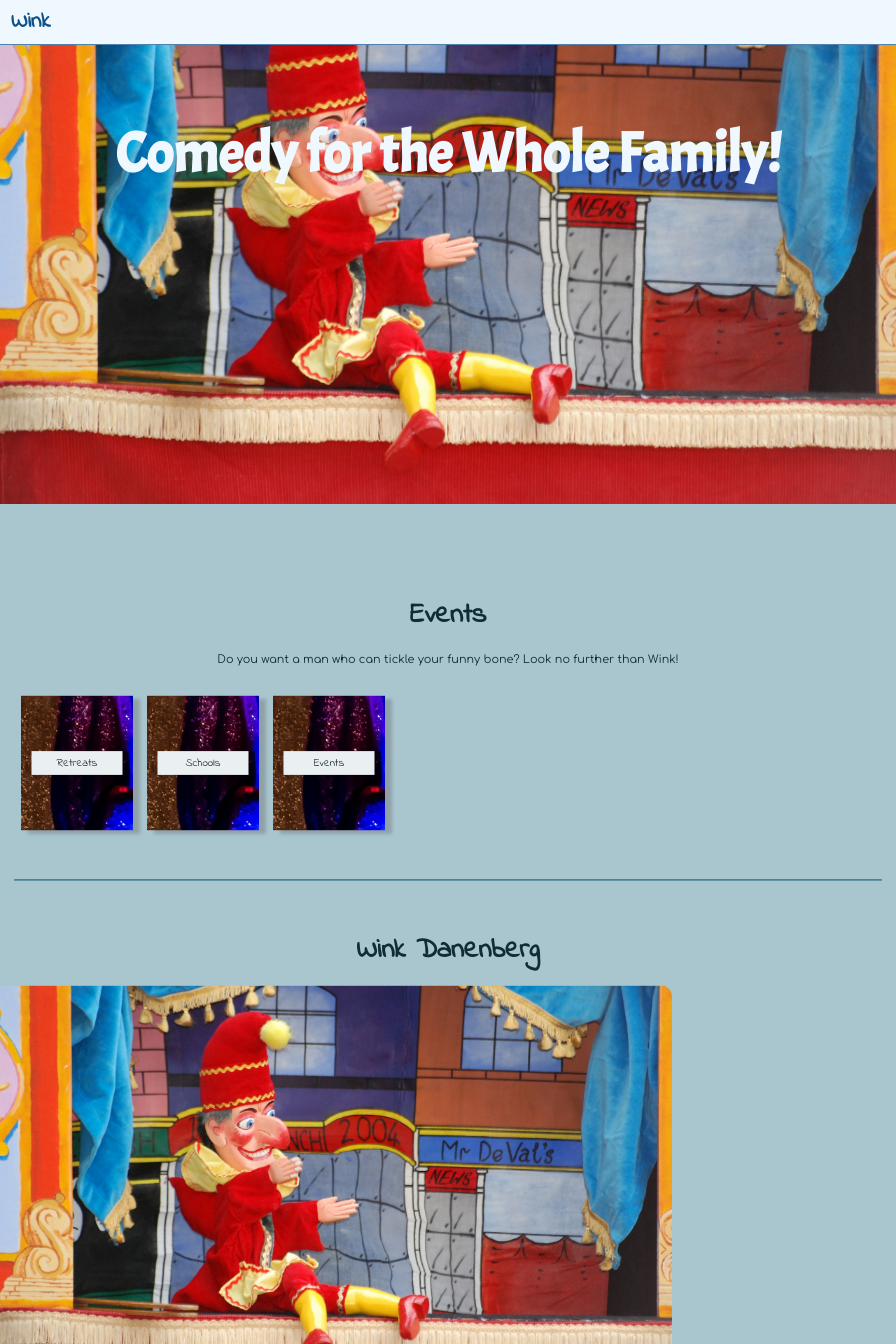
Repository: Sbethm/wink
Page: index.html
An editor plug-in stored every save of this project. The page is shown before and after the next save, followed by the edit.
The browser window is 1280 px wide. The pictures show the part of the page from y = 0 to 1920 px (the page is 5480 px tall), at 70% of full size.
The style sheet was rebuilt from its Sass, Less or Tailwind sources for each picture, by a compiler version that may differ from the author's.

Above is the page before, as saved 2021-08-31 13:21:43.

After the next save:
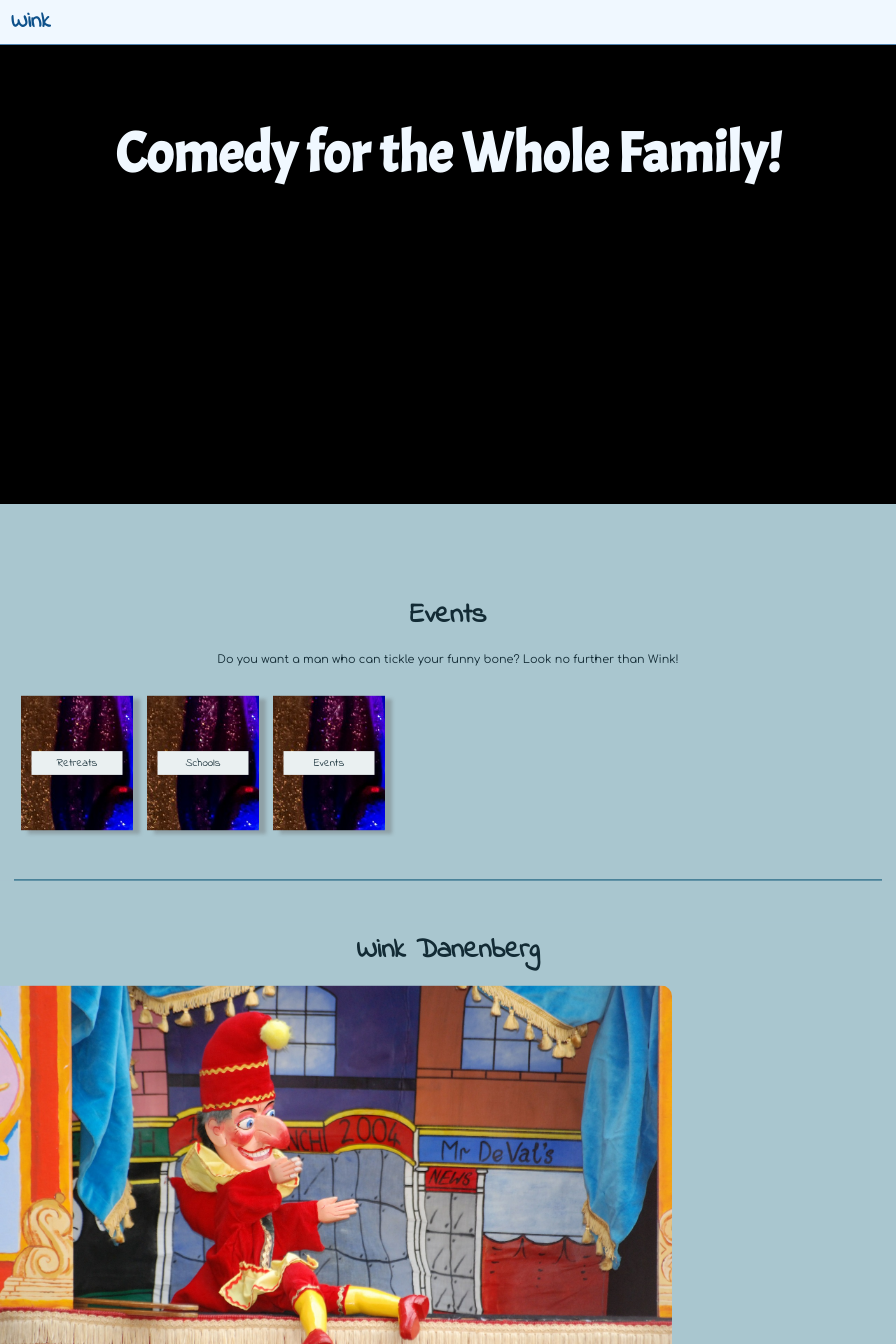
Console error: SyntaxError: Unexpected token '}'
Saved 7 s later.
--- a/JS/main.js
+++ b/JS/main.js
@@ -32,7 +32,7 @@
 const fadeEL = document.querySelectorAll('.js--scroll');
 
 const fadeIn = (el) => {
-
+    el.
 }
 
 //SLIDE-IN

After the 6 saves that followed:
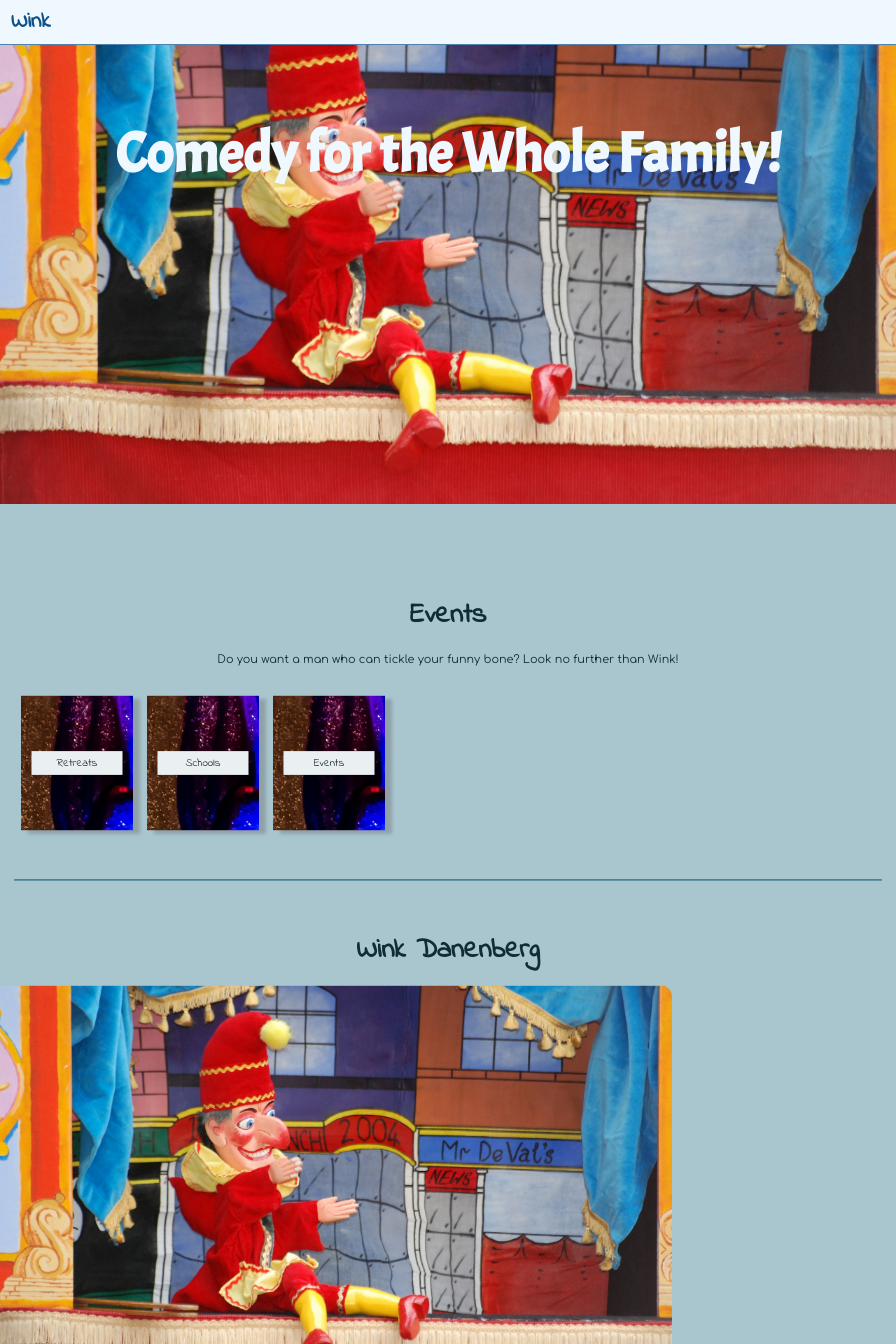
The error is gone.
The 6 saves are shown as one change because 1 left the picture as it was and some came seconds apart.
The last was saved 17 s later.
--- a/JS/main.js
+++ b/JS/main.js
@@ -32,7 +32,7 @@
 const fadeEL = document.querySelectorAll('.js--scroll');
 
 const fadeIn = (el) => {
-    el.
+    el.style.opacity = '0';
 }
 
 //SLIDE-IN
